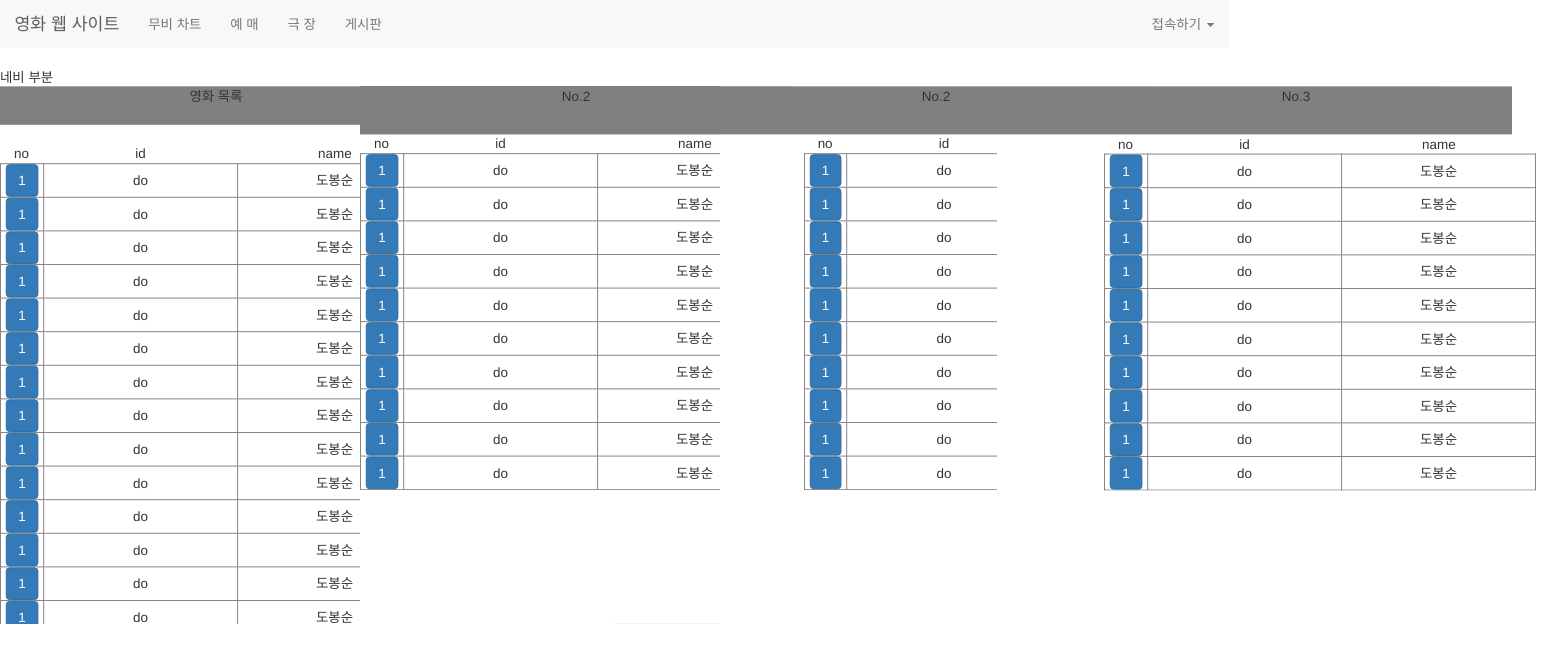
Repository: Gotaemin/java
Page: http://localhost/BBS/movieReserve.jsp
The author's editor kept a copy of each file at every save. The page is drawn from the files as they stood at one save, then again after the next save.
The browser window is 1280 px wide. The page is 1625 px wide, then 1605 px, so the pictures cover 1625 px, including what lies to the right of the window. The pictures show the whole page, at 96% of full size.
Some web libraries are served in a nearby version. The page is served by Tomcat 9. Other server files are loaded and not shown.

Above is the page before, as saved 2020-03-16 06:57:07.

### BBS/BBS/WebContent/movieReserve.jsp
<%@ page language="java" contentType="text/html; charset=UTF-8"
	pageEncoding="UTF-8"%>

<%@ page import="java.io.PrintWriter"%>
<%@ taglib prefix="c" uri="http://java.sun.com/jsp/jstl/core"%>

<!DOCTYPE html>
<html>
<head>
<meta charset="UTF-8">

<meta name="viewport" content="width=device-width" ,initial-scale="1">
<link rel="stylesheet" href="css/bootstrap.css">

<style type="text/css">
table {
	width: 450px;
}

#a th, #a td {
	border: 1px solid gray;
}
tr{
	text-align: center;
}

#movie_movieList {
	max-height: 500px;
	overflow-y: scroll;
	width: 400px;
}

#movie_Threater {
	max-height: 500px;
	overflow-y: scroll;
	width: 400px;
}

#movie_Date {
	max-height: 500px;
	overflow-y: scroll;
	width: 200px;
}

#movie_Time {
	max-height: 500px;
	overflow-y: scroll;
	width: 500px;
}

</style>
<title>Insert title here</title>
</head>
<body>
	<%
		String userID = null;
		if (session.getAttribute("userID") != null) {
			userID = (String) session.getAttribute("userID");
		}
	%>

	<script src="https://code.jquery.com/jquery-3.1.1.min.js"></script>
	<script src="js/bootstrap.js"></script>


	<nav class="navbr navbar-default" style="margin-bottom: 20px;">

		<div class="navbar-header">
			<button type="button" class="navbar-toggle collapsed"
				data-toggle="collapse" data-target="#bs-example-navbar-collapse-1"
				aria-expanded="false">
				<span class="icon-bar"></span> <span class="icon-bar"></span> <span
					class="icon-bar"></span>
			</button>
			<a class="navbar-brand" href="MovieMain.jsp">영화 웹 사이트</a>
		</div>


		<div class="collapse navbar-collapse"
			id="#bs-example-navbar-collapse-1">
			<ul class="nav navbar-nav">
				<li><a href="movieList.movie">무비 차트</a></li>
				<li><a href="#">예 매</a></li>
				<li><a href="#">극 장</a></li>
				<li><a href="bbs.jsp">게시판</a></li>
			</ul>

			<%
				if (userID == null) {
			%>
			<ul class="nav navbar-nav navbar-right">
				<li class="dropdown"><a href="#" class="dropdown-toggle"
					data-toggle="dropdown" role="button" aria-haspopup="true"
					aria-expanded="false">접속하기 <span class="caret"></span>
				</a>

					<ul class="dropdown-menu">
						<li><a href="login.jsp">로그인</a></li>
						<li><a href="join.jsp">회원가입</a></li>
					</ul></li>
			</ul>
			<%
				} else {
			%>
			<ul class="nav navbar-nav navbar-right">
				<li class="dropdown"><a href="#" class="dropdown-toggle"
					data-toggle="dropdown" role="button" aria-haspopup="true"
					aria-expanded="false">회원관리 <span class="caret"></span>
				</a>

					<ul class="dropdown-menu">
						<li><a href="logout.jsp">로그아웃</a></li>

					</ul></li>
			</ul>
			<%
				}
			%>

		</div>
	</nav>

	<div id="container">

		<div class="navi">네비 부분</div>


		<div class="test_body" style="display: table; table-layout: fixed; word-break: break-all; width: 1500px; height: 500px; background: skyblue">
			<div style="display: table-row;">

				<!-- 영화제목 리스트 출력 -->
				<div align=center style="display: table-cell; background: white;">
					<div class="test_content" style="width: 450px; height: 40px; background: gray; margin-bottom: 20px;">영화 목록</div>
					<div id="movie_movieList">
						<table>
							<colgroup>
								<col width="10%">
								<col width="45%">
								<col width="45%">
							</colgroup>
							<thead>
								<tr>
									<td>no</td>
									<td>id</td>
									<td>name</td>
								</tr>
							</thead>
						</table>
						<div>
							<table>
								<colgroup>
									<col width="10%">
									<col width="45%">
									<col width="45%">
								</colgroup>
								<tbody id="a">
									<%
										for (int i = 0; i < 20; i++) {
									%>
									<tr>
										<td><input class="btn btn-primary" type="button" value="1"></td>
										<td>do</td>
										<td>도봉순</td>
									</tr>

									<%
										}
									%>
								</tbody>
							</table>
						</div>
					</div>
				</div>

				<!-- 극장 리스트 출력 -->

				<div align=center style="display: table-cell; background: white;">
					<div class="test_content"
						style="width: 450px; height: 50px; background: gray">No.2</div>
					<div id="movie_Threater">
						<table>
							<colgroup>
								<col width="10%">
								<col width="45%">
								<col width="45%">
							</colgroup>
							<thead>
								<tr>
									<td>no</td>
									<td>id</td>
									<td>name</td>
								</tr>
							</thead>
						</table>
						<div>
							<table>
								<colgroup>
									<col width="10%">
									<col width="45%">
									<col width="45%">
								</colgroup>
								<tbody id="a">
									<%
										for (int i = 0; i < 10; i++) {
									%>
									<tr style="text-align: center;">
										<td><input class="btn btn-primary" type="button" value="1"></td>
										<td>do</td>
										<td>도봉순</td>
									</tr>

									<%
										}
									%>
								</tbody>
							</table>
						</div>
					</div>

				</div>




				<!-- 영화 상영 날짜 출력 -->
				<div align=center style="display: table-cell; background: white;">
					<div class="test_content"
						style="width: 450px; height: 50px; background: gray">No.2</div>
					<div id="movie_Date">
						<table>
							<colgroup>
								<col width="10%">
								<col width="45%">
								<col width="45%">
							</colgroup>
							<thead>
								<tr>
									<td>no</td>
									<td>id</td>
									<td>name</td>
								</tr>
							</thead>
						</table>
						<div>
							<table>
								<colgroup>
									<col width="10%">
									<col width="45%">
									<col width="45%">
								</colgroup>
								<tbody id="a">
									<%
										for (int i = 0; i < 10; i++) {
									%>
									<tr style="text-align: center;">
										<td><input class="btn btn-primary" type="button" value="1"></td>
										<td>do</td>
										<td>도봉순</td>
									</tr>

									<%
										}
									%>
								</tbody>
							</table>
						</div>
					</div>

				</div>

				<!-- 영화 상영 가능 시간 출력 -->
				<div align=center style="display: table-cell; background: white;">
					<div class="test_content"
						style="width: 450px; height: 50px; background: gray">No.3</div>
					<div id="movie_Time">
						<table>
							<colgroup>
								<col width="10%">
								<col width="45%">
								<col width="45%">
							</colgroup>
							<thead>
								<tr>
									<td>no</td>
									<td>id</td>
									<td>name</td>
								</tr>
							</thead>
						</table>
						<div>
							<table>
								<colgroup>
									<col width="10%">
									<col width="45%">
									<col width="45%">
								</colgroup>
								<tbody id="a">
									<%
										for (int i = 0; i < 10; i++) {
									%>
									<tr style="text-align: center;">
										<td><input class="btn btn-primary" type="button" value="1"></td>
										<td>do</td>
										<td>도봉순</td>
									</tr>

									<%
										}
									%>
								</tbody>
							</table>
						</div>
					</div>
				</div>
			</div>

<!-- 			body -->
		</div>







	</div>



</body>
</html>

Loaded but not shown: BBS/BBS/WebContent/css/bootstrap.css (library); BBS/BBS/WebContent/js/bootstrap.js (library)

After the next save:
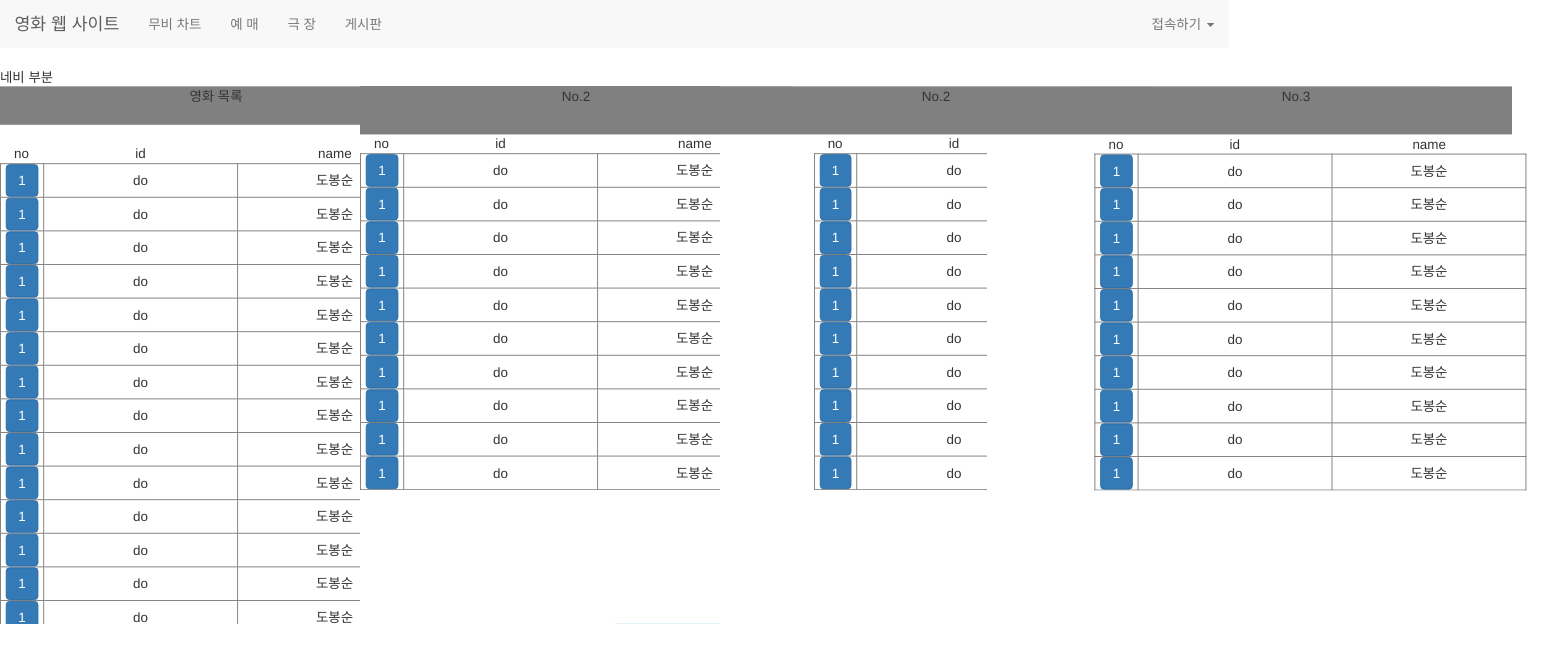
Saved 27 s later.
--- a/BBS/BBS/WebContent/movieReserve.jsp
+++ b/BBS/BBS/WebContent/movieReserve.jsp
@@ -27,25 +27,25 @@ tr{
 #movie_movieList {
 	max-height: 500px;
 	overflow-y: scroll;
-	width: 400px;
+	width: 380px;
 }
 
 #movie_Threater {
 	max-height: 500px;
 	overflow-y: scroll;
-	width: 400px;
+	width: 380px;
 }
 
 #movie_Date {
 	max-height: 500px;
 	overflow-y: scroll;
-	width: 200px;
+	width: 180px;
 }
 
 #movie_Time {
 	max-height: 500px;
 	overflow-y: scroll;
-	width: 500px;
+	width: 480px;
 }
 
 </style>
